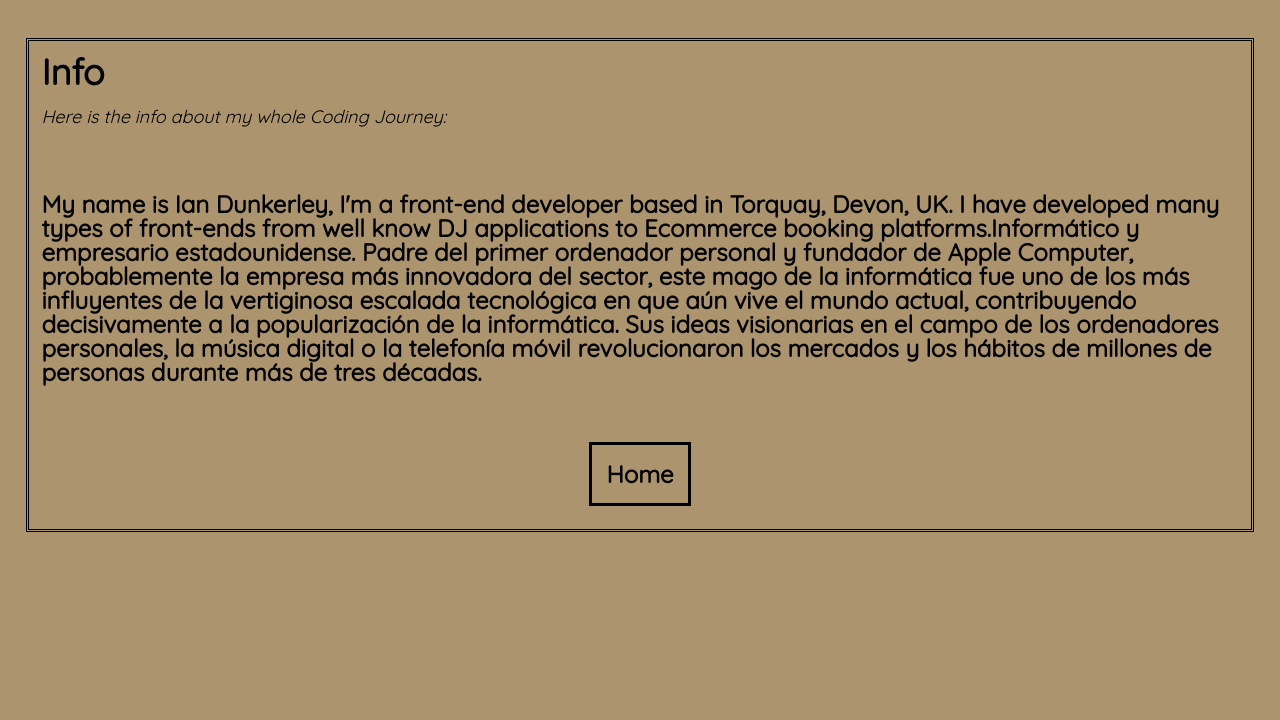
Repository: rickypcyt/ricky-react-portfolio
Page: /Info
The author's editor kept a copy of each file at every save. The page is drawn from the files as they stood at one save, then again after the next save.
The browser window is 1280 px wide. The pictures show the whole page.
The project was rebuilt for these pictures with package versions that can differ from the ones it lists, and the page was loaded fresh each time. Also part of the build but not shown: src/Content.js, src/pages/Projects.js, src/pages/Contact.js, src/pages/WebMural.js, src/pages/NotesJS.js.

Above is the page before, as saved 2022-09-12 15:17:36.

### src/index.js
import React from "react";
import ReactDOM from "react-dom/client";
import "./index.css";
import App from "./App";
import reportWebVitals from "./reportWebVitals";
import { BrowserRouter, Routes, Route, Switch } from "react-router-dom";

const root = ReactDOM.createRoot(document.getElementById("root"));
root.render(
  <React.StrictMode>
    <BrowserRouter>
      <App />
    </BrowserRouter>
  </React.StrictMode>
);

// If you want to start measuring performance in your app, pass a function
// to log results (for example: reportWebVitals(console.log))
// or send to an analytics endpoint. Learn more: https://bit.ly/CRA-vitals
reportWebVitals();

### src/index.css
@import url("https://fonts.googleapis.com/css2?family=Quicksand");

input[type="file"] {
  display: none;
}
.container {
  top: 0%;
  left: 0%;
}
::marker {
  display: none;
}
.image-container {
  width: 100%;
  margin: auto;
  display: flex;
  flex-direction: row;
  justify-content: space-evenly;
  gap: 15px;
  padding: 10px;
}
body {
  line-height: 1;
  font-family: "Quicksand";
  font-size: large;
  margin: 2%;
  padding: 1%;
  border-style: double;
  margin-top: 3%;
  background: #ac946e;
}
ol {
  list-style: none;
  display: flex;
  padding: 0;
  justify-content: space-around;
  align-items: flex-start;
  display: flex;
  flex-wrap: wrap;
  align-content: center;
}
.content {
  position: absolute;
  right: calc(var(--pad) * 2);
  bottom: calc(var(--pad) * 2);
  white-space: nowrap;
}
.parrafo {
  line-height: 1.5;
  text-align: end;
  font-size: larger;
}
.parrafo span {
  display: block;
}
.titulo {
  margin: 0;
}
.oli {
  font-weight: bold;
  border-style: solid;
  font-size: x-large;
  padding: 1ch;
}
.descripcion {
  font-weight: lighter;
  font-style: oblique;
}
.oli:hover {
  color: black;
  border-style: dotted;
}
.page {
  padding-top: 2%;
  padding-bottom: 3%;
}
.pageContact {
  padding-top: 8%;
  padding-bottom: 9%;
}
.cabeceranavi {
  padding-bottom: 1%;
}
p {
  font-weight: bold;
}
a {
  color: black;
  text-decoration: none;
  padding: 0ch;
}
span {
  font-size: larger;
}
li {
  width: 7%;
  height: 10%;
}
ul {
  list-style-type: none;
  margin: 0%;
  display: flex;
  align-items: center;
  flex-direction: row;
  padding-top: 5%;
  padding-bottom: 5%;
  padding-left: 0%;
  justify-content: space-around;
}
.imagenes {
  display: block;
  height: auto;
  width: auto;
  padding-top: 5%;
  padding-bottom: 5%;
}

.imagenesproyect {
  position: relative;
}
.fixer {
  display: flex;
  flex-direction: row;
  justify-content: space-evenly;
  padding-bottom: 3%;
}
.overlay {
  position: absolute;
  top: 0.83cm;

  background: rgb(0, 0, 0);
  background: rgb(2, 0.3, 0.9, 0.6); /* Black see-through */
  color: #f1f1f1;
  width: 100%;
  transition: 0.5s ease;
  color: white;
  text-align: center;
  font-size: 20px;
  padding-top: 20px;
  padding-bottom: 20px;
  opacity: 0;
}
.imagenesproyect:hover .overlay {
  opacity: 1;
}
.overlay2 {
  position: absolute;
  bottom: 8%;
  background: rgb(0, 0, 0);
  background: rgba(40, 40, 40, 0.6); /* Black see-through */
  color: #f1f1f1;
  width: 100%;
  transition: 0.5s ease;
  color: white;
  text-align: center;
  font-size: 20px;
  padding-top: 20px;
  padding-bottom: 20px;
  opacity: 0;
}
.imagenesproyect:hover .overlay2 {
  opacity: 1;
}

.homeinfo {
  font-size: x-large;
  line-height: 100%;
}

@media screen and (max-width: 1340px) {
  .fixer {
    flex-direction: column;
    justify-content: center;
  }
  .imagenes {
    height: auto;
    width: 100%;
  }
  ol {
  }
}

.image-container {
  width: auto;
  margin: auto;
  /* display: flex; */
  flex-wrap: wrap;
  gap: 15px;
  padding: 10px;
}

.image-container img {
  max-width: 100%;
  max-height: 225px;
}

.container .image-container .image {
  border: 4px solid black;
  overflow: hidden;
  /* cursor: pointer; */
}

.container .image-container .image img {
  height: 100%;
  width: 100%;
}
@media (max-width: 700px) {
  .image-container img {
    max-height: -10px;
  }
  .cabeceranavi{
    padding-bottom: 7%;
  }
}

.image:hover {
  transform: scale(1.15); /* (150% zoom - Note: if the zoom is too large, it will go outside of the viewport) */
}

### src/App.js
import Content from "./Content";
import Info from "./pages/Info";
import Projects from "./pages/Projects";
import Contact from "./pages/Contact";
import WebMural from "./pages/WebMural";
import NotesJS from "./pages/NotesJS";
import { Route, Routes, Switch } from "react-router-dom";

function App() {
  return (
    <>
      <Routes>
        <Route path="/" element={<Content />}/>
        <Route path="/Projects" element={<Projects />} />
        <Route path="/Info" element={<Info />} />
        <Route path="/Contact" element={<Contact />} />
        <Route path="/WebMural" element={<WebMural />} />
        <Route path="/NotesJS" element={<NotesJS />} />
      </Routes>
    </>
  );
}
export default App;

### src/pages/Info.js
import { Link, useMatch, useResolvedPath } from "react-router-dom";
export default function Info() {
  return (
    <main>
      <div id="Page">
        <div className="cabecera">
          <h1 className="titulo">Info </h1>
          <p className="descripcion">
            Here is the info about my whole Coding Journey:
          </p>
        </div>
        <div className="separador">
          <section className="page" style={{ display: "block", opacity: 1 }}>
            <div className="homeinfo">
              <p>
                My name is Ian Dunkerley, I'm a front-end developer based in
                Torquay, Devon, UK. I have developed many types of front-ends
                from well know DJ applications to Ecommerce booking
                platforms.Informático y empresario estadounidense. Padre del
                primer ordenador personal y fundador de Apple Computer,
                probablemente la empresa más innovadora del sector, este mago de
                la informática fue uno de los más influyentes de la vertiginosa
                escalada tecnológica en que aún vive el mundo actual,
                contribuyendo decisivamente a la popularización de la
                informática. Sus ideas visionarias en el campo de los
                ordenadores personales, la música digital o la telefonía móvil
                revolucionaron los mercados y los hábitos de millones de
                personas durante más de tres décadas.
              </p>
            </div>
          </section>
          <nav className="cabeceranavi">
            <ol>
              <div>
                <CustomLink to="/" className="oli">
                  Home
                </CustomLink>
              </div>
            </ol>
          </nav>
        </div>
      </div>
    </main>
  );
}

function CustomLink({ to, children, ...props }) {
  const resolvedPath = useResolvedPath(to);
  const isActive = useMatch({ path: resolvedPath.pathname, end: true });
  return (
    <li className={isActive ? "active" : ""}>
      <Link to={to} {...props}>
        {children}
      </Link>
    </li>
  );
}

Loaded but not shown: public/index.html (common file); src/reportWebVitals.js (common file)

After the next save:
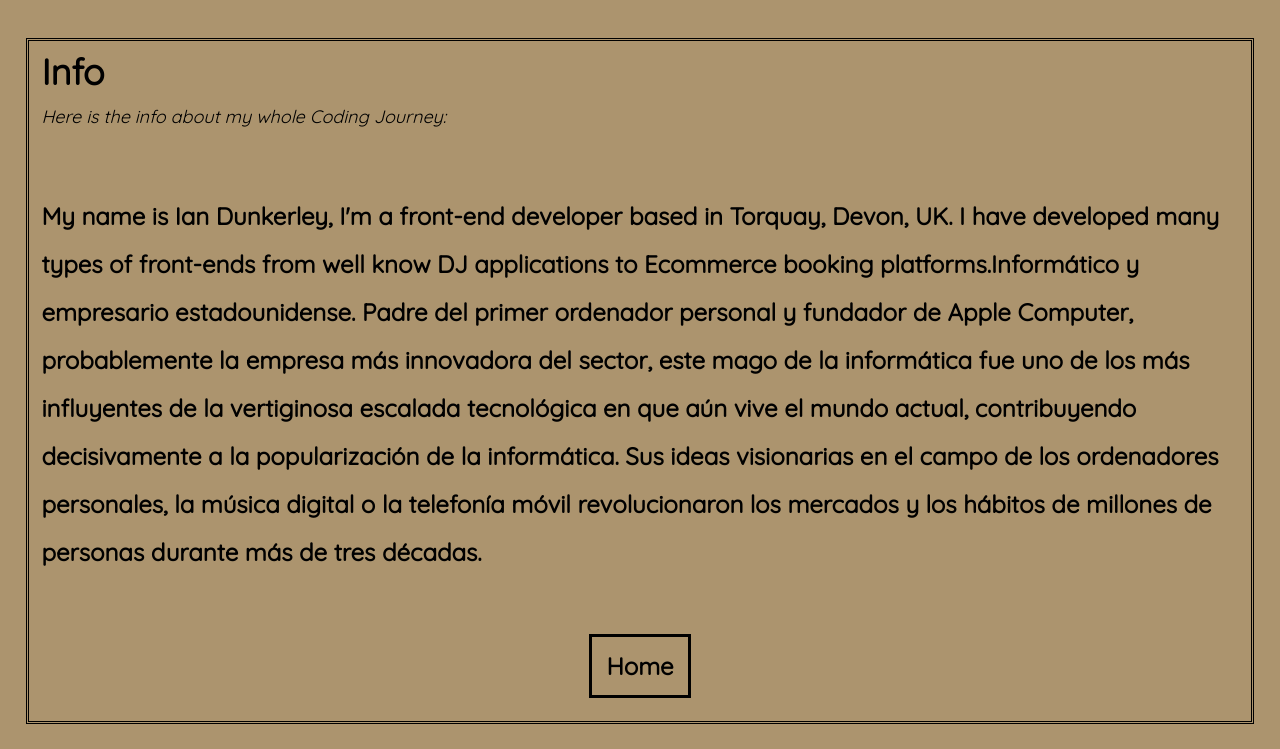
Saved 4 s later.
--- a/src/index.css
+++ b/src/index.css
@@ -164,7 +164,7 @@ ul {
 
 .homeinfo {
   font-size: x-large;
-  line-height: 100%;
+  line-height: 200%;
 }
 
 @media screen and (max-width: 1340px) {
